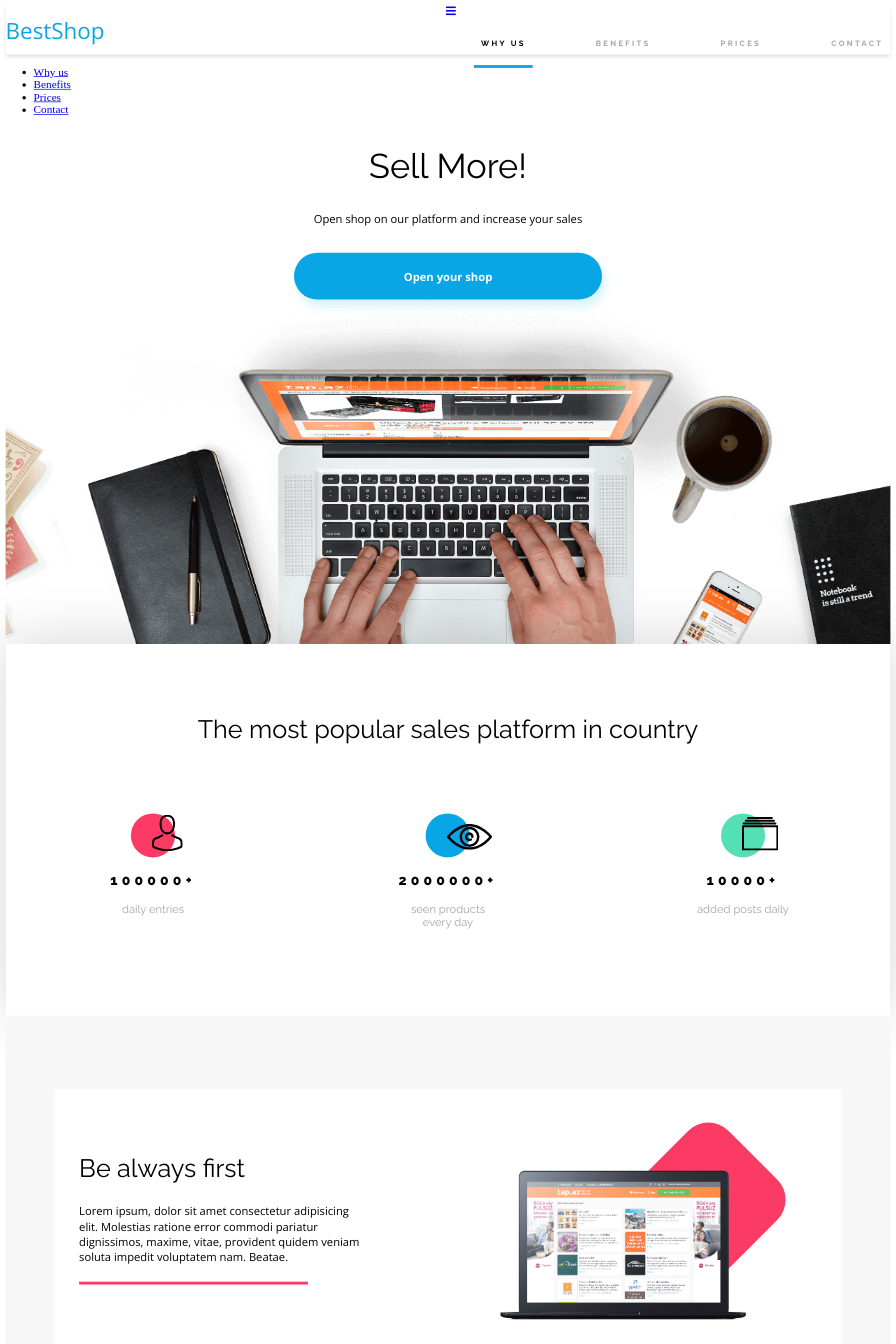
Repository: insolt/BestShop
Page: index.html
An editor plug-in stored every save of this project. The page is shown before and after the next save, followed by the edit.
The browser window is 1280 px wide. The pictures show the part of the page from y = 0 to 1920 px (the page is 4358 px tall), at 70% of full size.
The style sheet was rebuilt from its Sass, Less or Tailwind sources for each picture, by a compiler version that may differ from the author's.

Above is the page before, as saved 2020-09-15 18:59:41.

### index.html
<!DOCTYPE html>
<html lang="en">

<head>
    <meta charset="UTF-8">
    <meta name="viewport" content="width=device-width, initial-scale=1.0">
    <meta name="description" content="BestShop offers online shops managing services. Market leading company, the most experienced team in Europe, flexible customer approach. We change your ideas into profitable business">
    <meta name="keywords" content="BestShop, online shopping, shop, service, managing, customer">
    <meta name="author" content="Michal Bornikowski">
    <!--tags for IE-->
    <meta http-equiv="X=Ua-Compatible" content="IE=egde,chrome-1">
    <title>BestShop</title>
    <link href="https://fonts.googleapis.com/css2?family=Open+Sans:wght@300;400;700&family=Raleway:wght@300;400;700;800&display=swap" rel="stylesheet">
    <link rel="stylesheet" href="css/main.css">
    <link rel="stylesheet" href="https://use.fontawesome.com/releases/v5.7.2/css/all.css" integrity="sha384-fnmOCqbTlWIlj8LyTjo7mOUStjsKC4pOpQbqyi7RrhN7udi9RwhKkMHpvLbHG9Sr" crossorigin="anonymous">
    <link rel="icon" href="favicon.ico">
</head>

<body>

    <header class="page-header">
        <div class="container">
            <p class="page-header__logo">
                BestShop
            </p>
            <nav class="page-header__nav">
                <div class="page-header__mobile-menu--hamburger-icon">
                    <a href="#open-menu" class="page-header__mobile-menu--hamburger-icon-link"><span  class="fas fa-bars"></span></a>
                </div>

                <ul class="page-header__nav--list">
                    <li class="page-header__nav--el">
                        <a href="#" class="page-header__nav--link header__nav--active">Why us</a>
                    </li>
                    <li class="page-header__nav--el">
                        <a href="#" class="page-header__nav--link">Benefits</a>
                    </li>
                    <li class="page-header__nav--el">
                        <a href="#" class="page-header__nav--link">Prices</a>
                    </li>
                    <li class="page-header__nav--el">
                        <a href="#" class="page-header__nav--link">Contact</a>
                    </li>
                </ul>



            </nav>
        </div>
        <div class="page-header__mobile-menu">

            <ul class="page-header__mobile--list">
                <li class="page-header__mobile--el">
                    <a href="#" class="page-header__mobile--link header__mobile--active">Why us</a>
                </li>
                <li class="page-header__mobile--el">
                    <a href="#" class="page-header__mobile--link">Benefits</a>
                </li>
                <li class="page-header__mobile--el">
                    <a href="#" class="page-header__mobile--link">Prices</a>
                </li>
                <li class="page-header__mobile--el">
                    <a href="#" class="page-header__mobile--link">Contact</a>
                </li>
            </ul>
        </div>

    </header>

    <section class="section-opening">
        <div class="container">
            <h1 class="section-opening__title">
                Sell More!
            </h1>
            <p class="section-opening__text">
                Open shop on our platform and increase your sales
            </p>
            <a href="" class="section-opening__link">
                Open your shop
            </a>
        </div>
    </section>

    <section class="section-stats">
        <div class="container">
            <h2 class="section-stats__title">
                The most popular sales platform in country
            </h2>
            <div class="section-stats__selection">
                <div class="section-stats__box">
                    <div class="section-stats__box--icon stats__icon--person"></div>
                    <p class="section-stats__box--value">
                        100000+
                    </p>
                    <p class="section-stats__box--note">
                        daily entries
                    </p>
                </div>
                <div class="section-stats__box">
                    <div class="section-stats__box--icon stats__icon--eye"></div>
                    <p class="section-stats__box--value">
                        2000000+
                    </p>
                    <p class="section-stats__box--note">
                        seen products every day
                    </p>
                </div>
                <div class="section-stats__box ">
                    <div class="section-stats__box--icon stats__icon--catalog"></div>
                    <p class="section-stats__box--value ">
                        10000+
                    </p>
                    <p class="section-stats__box--note">
                        added posts daily
                    </p>
                </div>
            </div>
        </div>
    </section>

    <section class="articles">
        <div class="container">
            <article class="article-top">
                <div class="article-top__content">
                    <h2 class="article-top__title">
                        Be always first
                    </h2>
                    <p class="article-top__text">
                        Lorem ipsum, dolor sit amet consectetur adipisicing elit. Molestias ratione error commodi pariatur dignissimos, maxime, vitae, provident quidem veniam soluta impedit voluptatem nam. Beatae.
                    </p>
                </div>
                <div class="article-top__aside">
                    <div class="article-top__aside--bg">
                    </div>
                    <div class="article-top__aside--photo">
                    </div>
                </div>
            </article>
            <article class="article-medium">
                <div class="article-medium__aside">
                    <div class="article-medium__aside--bg">
                    </div>
                    <div class="article-medium__aside--photo">
                    </div>
                </div>
                <div class="article-medium__content">
                    <h2 class="article-medium__title">
                        Your shop is where you are!
                    </h2>
                    <p class="article-medium__text">
                        Lorem ipsum, dolor sit amet consectetur adipisicing elit. Molestias ratione error commodi pariatur dignissimos, maxime, vitae, provident quidem veniam soluta impedit voluptatem nam. Beatae.
                    </p>
                </div>
            </article>
            <artlicle class="article-bottom">
                <div class="article-bottom__galley">
                    <div class="article-bottom__galley--content">
                        <h2 class="article-bottom__galley--title">
                            Increase recognition your brand!
                        </h2>
                        <p class="article-bottom__galley--text">
                            Lorem ipsum, dolor sit amet consectetur adipisicing elit. Molestias ratione error commodi pariatur dignissimos, maxime, vitae, provident quidem veniam soluta impedit voluptatem nam. Beatae.
                        </p>
                    </div>
                </div>
                <div class="article-bottom__trumpet">
                    <div class="article-bottom__trumpet--bg">
                    </div>
                    <div class="article-bottom__trumpet--photo">
                    </div>
                </div>
            </artlicle>
        </div>
    </section>

    <section class="section-pricing">
        <div class="container">
            <div class="section-pricing__offer">
                <h2 class="section-pricing__offer--title">
                    Pricing
                </h2>
                <div class="section-pricing__offer--content">
                    <div class="section-pricing__offer-basic">
                        <div class="section-pricing__offer-basic--top">
                            <h3 class="section-pricing__offer-basic--title">
                                Basic
                            </h3>
                            <p class="section-pricing__offer-basic--price">
                                $0
                            </p>
                        </div>
                        <ul class="section-pricing__offer-basic--list">
                            <li class="section-pricing__offer-basic--item">
                                100 MB HDD
                            </li>
                            <li class="section-pricing__offer-basic--item">
                                1 Subdomain
                            </li>
                            <li class="section-pricing__offer-basic--item">
                                2 E-mails
                            </li>
                            <li class="section-pricing__offer-basic--item">
                                Two years license
                            </li>
                            <li class="section-pricing__offer-basic--item">
                                Full support
                            </li>
                        </ul>
                        <a href="" class="section-pricing__offer-basic--confirm">Begin</a>
                    </div>
                    <div class="section-pricing__offer-professional">
                        <div class="section-pricing__offer-profesional--top">
                            <h3 class="section-pricing__offer-professional--title">
                                Professional
                            </h3>
                            <p class="section-pricing__offer-professional--price">
                                $25
                            </p>
                            <p class="section-pricing__offer-professional--note">
                                Limited offer
                            </p>
                        </div>
                        <ul class="section-pricing__offer-professional--list">
                            <li class="section-pricing__offer-professional--item">
                                500 MB HDD
                            </li>
                            <li class="section-pricing__offer-professional--item">
                                2 Subdomain
                            </li>
                            <li class="section-pricing__offer-professional--item">
                                5 E-mails
                            </li>
                            <li class="section-pricing__offer-professional--item">
                                One year license
                            </li>
                            <li class="section-pricing__offer-professional--item">
                                Full support
                            </li>
                        </ul>
                        <a href=" " class="section-pricing__offer-professional--confirm">Begin</a>
                    </div>
                    <div class="section-pricing__offer-premium">
                        <div class="section-pricing__offer-premium--top">
                            <h3 class="section-pricing__offer-premium--title">
                                Premium
                            </h3>
                            <p class="section-pricing__offer-premium--price">
                                $60
                            </p>
                            <p class="section-pricing__offer-premium--note">
                                Limited offer
                            </p>
                        </div>
                        <ul class="section-pricing__offer-premium--list">
                            <li class="section-pricing__offer-premium--item">
                                2 GB HDD
                            </li>
                            <li class="section-pricing__offer-premium--item">
                                5 Subdomain
                            </li>
                            <li class="section-pricing__offer-premium--item">
                                20 E-mails
                            </li>
                            <li class="section-pricing__offer-premium--item">
                                Two years license
                            </li>
                            <li class="section-pricing__offer-premium--item">
                                Full support
                            </li>
                        </ul>
                        <a href=" " class="section-pricing__offer-premium--confirm">Begin</a>
                    </div>
                </div>
            </div>
        </div>
    </section>

    <section class="form">
        <div class="container">
            <div class="form__contact-details">
                <h2 class="form__contact-detail--title">
                    Any questions?
                </h2>
                <p class="form__contact-detail--text">
                    Leave your email address or call us!
                </p>
                <ul class="form__contact-detail--list">
                    <li class="form__contact-detail--item">
                        info@bestshop.xyz
                    </li>
                    <li class="form__contact-detail--item">
                        123 456 789
                    </li>
                </ul>
            </div>
            <div class="form__user-details">
                <form action="" class="form__user-details--form">
                    <div class="form__user-details--form-inputs">
                        <div class="form__user-details--name">
                            <label for="name" class="form__user-details--name-label">Name</label>
                            <input class="form__user-details--name-input" type="text" id="name" name="name" placeholder="">
                        </div>
                        <div class="form__user-details--email">
                            <label for="email" class="form__user-details--email-label">Email</label>
                            <input class="form__user-details--email-input" type="text" id="emaile" name="email" placeholder="">
                        </div>
                    </div>
                    <div class="form__user-details--checkbox">
                        <input type="checkbox" class="form__user-details--checkbox-input" name="regulation" id="regulation">
                        <label for="regulation" class="form__user-details--checkbox-label">I hereby give consent for my personal data included in my application to be processed for the purposes of the recruitment process under the European Parliament's and Council of the European Union Regulation on the Protection of Natural Persons as of 27 April 2016, with regard to the processing of personal data and of the free movement of such data, and repealing Directive 95/46/EC (Data Protection Directive)</label>
                    </div>
                    <div class="form__user-details--btn">
                        <button type="submit" class="form__user-details--btn-submit">Send</button>
                    </div>
                </form>
            </div>
        </div>
    </section>

    <footer class="page-footer">
        <div class="container">
            <div class="page-footer__despcription">
                <p class="page-footer__logo">
                    BestShop
                </p>
                <p class="page-footer__copyrights">
                    &copy; 2019 BestShop LTD, All Rights Reserved
                </p>
            </div>
            <div class="page-footer__links">
                <a href="https://www.twitter.com" class="page-footer__twitter">
                    <img src="assets/twitter.svg" class="page-footer__twitter-icon">
                </a>
                <a href="https://www.facebook.com" class="page-footer__facebook">
                    <img src="assets/facebook.svg" class="page-footer__facebook-icon">
                </a>
            </div>
        </div>
    </footer>
</body>

</html>

Loaded but not shown: scss/main.scss (964 lines, source omitted)

After the next save:
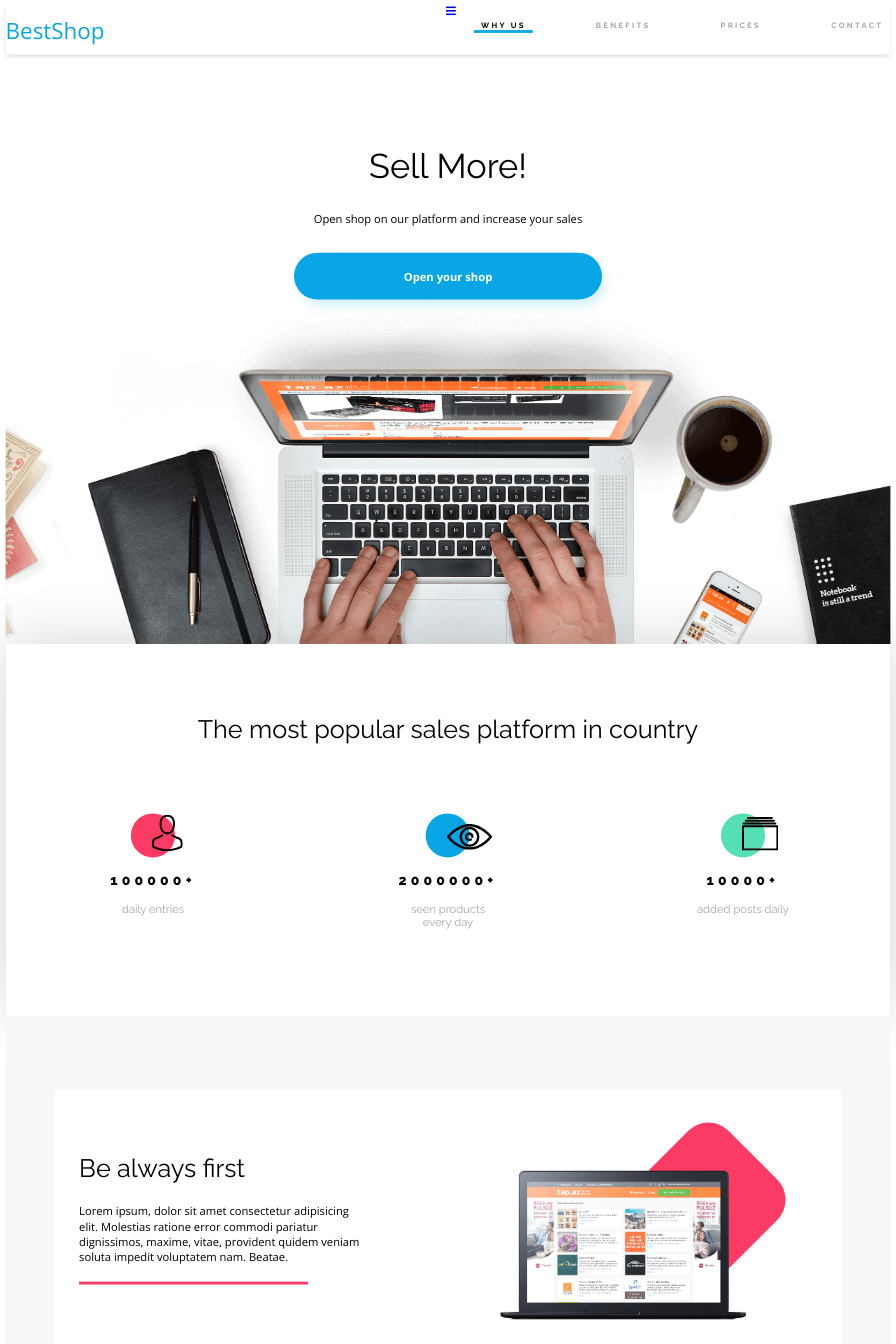
Saved 15 h 16 min later.
--- a/index.html
+++ b/index.html
@@ -27,43 +27,27 @@
                 <div class="page-header__mobile-menu--hamburger-icon">
                     <a href="#open-menu" class="page-header__mobile-menu--hamburger-icon-link"><span  class="fas fa-bars"></span></a>
                 </div>
-
-                <ul class="page-header__nav--list">
-                    <li class="page-header__nav--el">
-                        <a href="#" class="page-header__nav--link header__nav--active">Why us</a>
-                    </li>
-                    <li class="page-header__nav--el">
-                        <a href="#" class="page-header__nav--link">Benefits</a>
-                    </li>
-                    <li class="page-header__nav--el">
-                        <a href="#" class="page-header__nav--link">Prices</a>
-                    </li>
-                    <li class="page-header__nav--el">
-                        <a href="#" class="page-header__nav--link">Contact</a>
-                    </li>
-                </ul>
-
+                <div class="page-header__mobile-menu">
+                    <ul class="page-header__nav--list">
+                        <li class="page-header__nav--el">
+                            <a href="#" class="page-header__nav--link header__nav--active">Why us</a>
+                        </li>
+                        <li class="page-header__nav--el">
+                            <a href="#" class="page-header__nav--link">Benefits</a>
+                        </li>
+                        <li class="page-header__nav--el">
+                            <a href="#" class="page-header__nav--link">Prices</a>
+                        </li>
+                        <li class="page-header__nav--el">
+                            <a href="#" class="page-header__nav--link">Contact</a>
+                        </li>
+                    </ul>
+                </div>
 
 
             </nav>
         </div>
-        <div class="page-header__mobile-menu">
-
-            <ul class="page-header__mobile--list">
-                <li class="page-header__mobile--el">
-                    <a href="#" class="page-header__mobile--link header__mobile--active">Why us</a>
-                </li>
-                <li class="page-header__mobile--el">
-                    <a href="#" class="page-header__mobile--link">Benefits</a>
-                </li>
-                <li class="page-header__mobile--el">
-                    <a href="#" class="page-header__mobile--link">Prices</a>
-                </li>
-                <li class="page-header__mobile--el">
-                    <a href="#" class="page-header__mobile--link">Contact</a>
-                </li>
-            </ul>
-        </div>
+
 
     </header>
 
